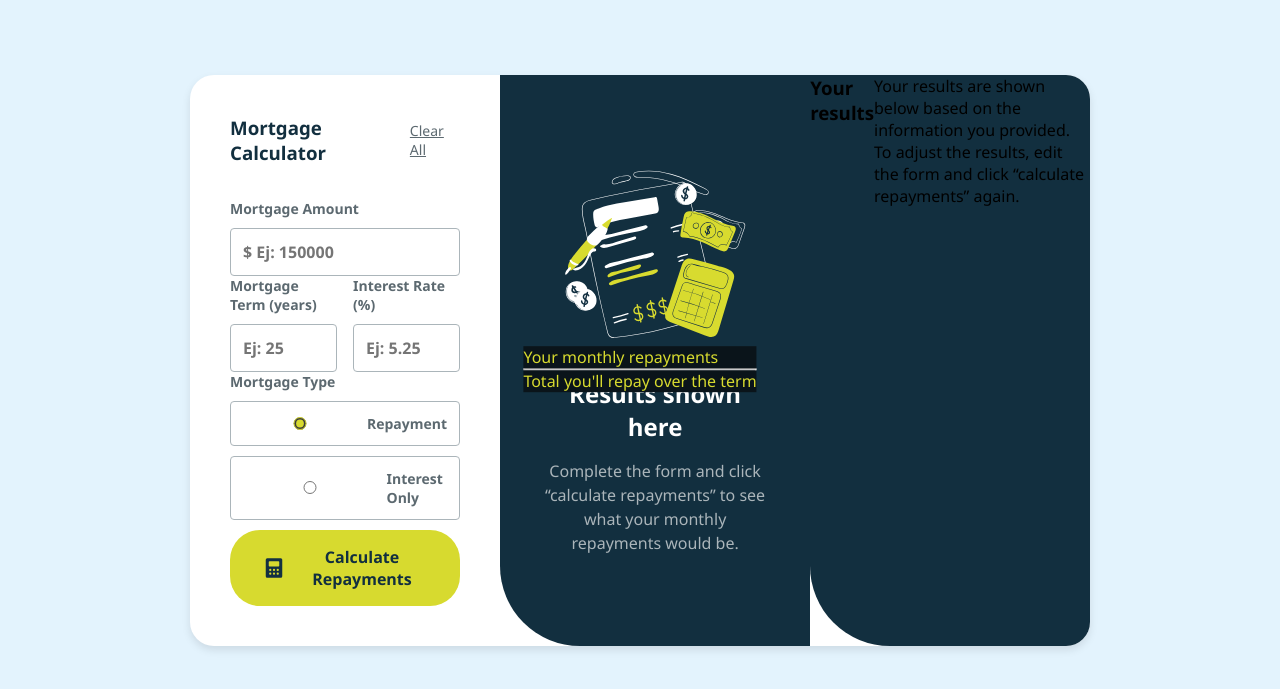
Repository: GravielPV/Mortgage-repayment-calculator
Page: index.html
These files come from the project's save history. The page is drawn as it stood at one moment and after the next save; the edit follows.
The browser window is 1280 px wide. The pictures show the whole page.

Above is the page before, as saved 2025-12-14 15:07:53.

After the next save:
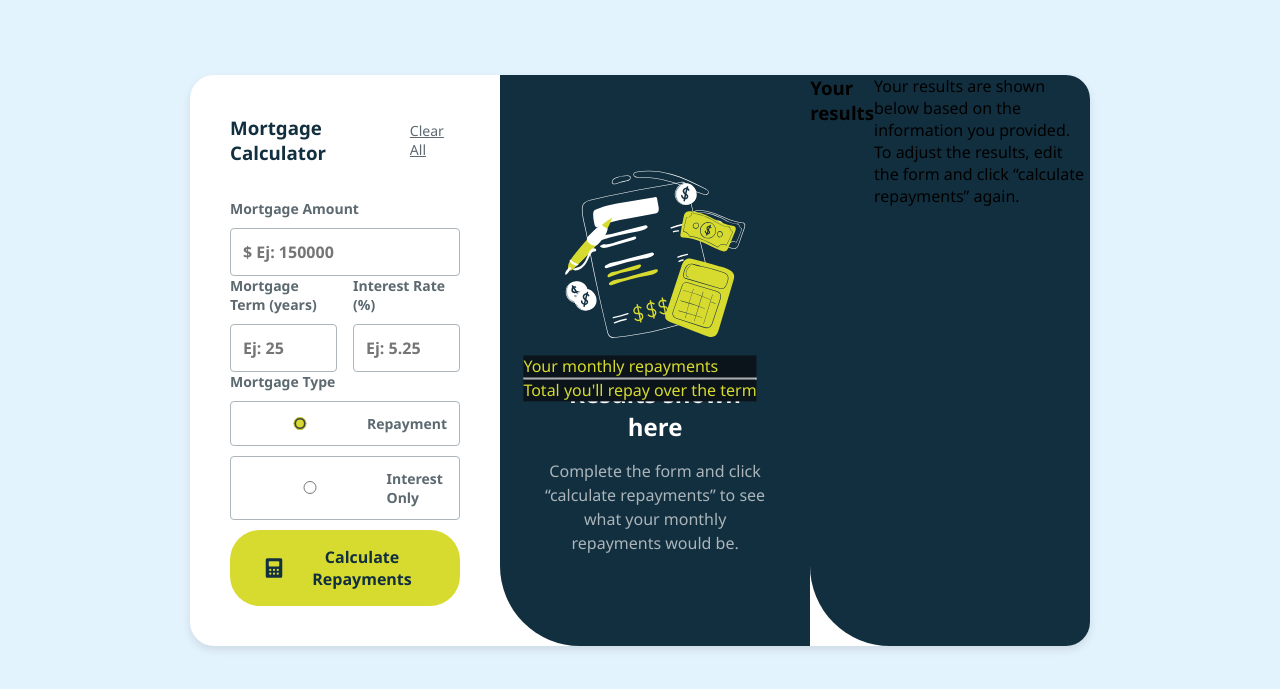
Saved 5 s later.
--- a/styles.css
+++ b/styles.css
@@ -199,7 +199,7 @@ button:hover {
 position: absolute;
   top: 50%;
   left: 50%;
-  transform: translate(-50%, -30%);
+  transform: translate(-50%, -10%);
 
 }
 
